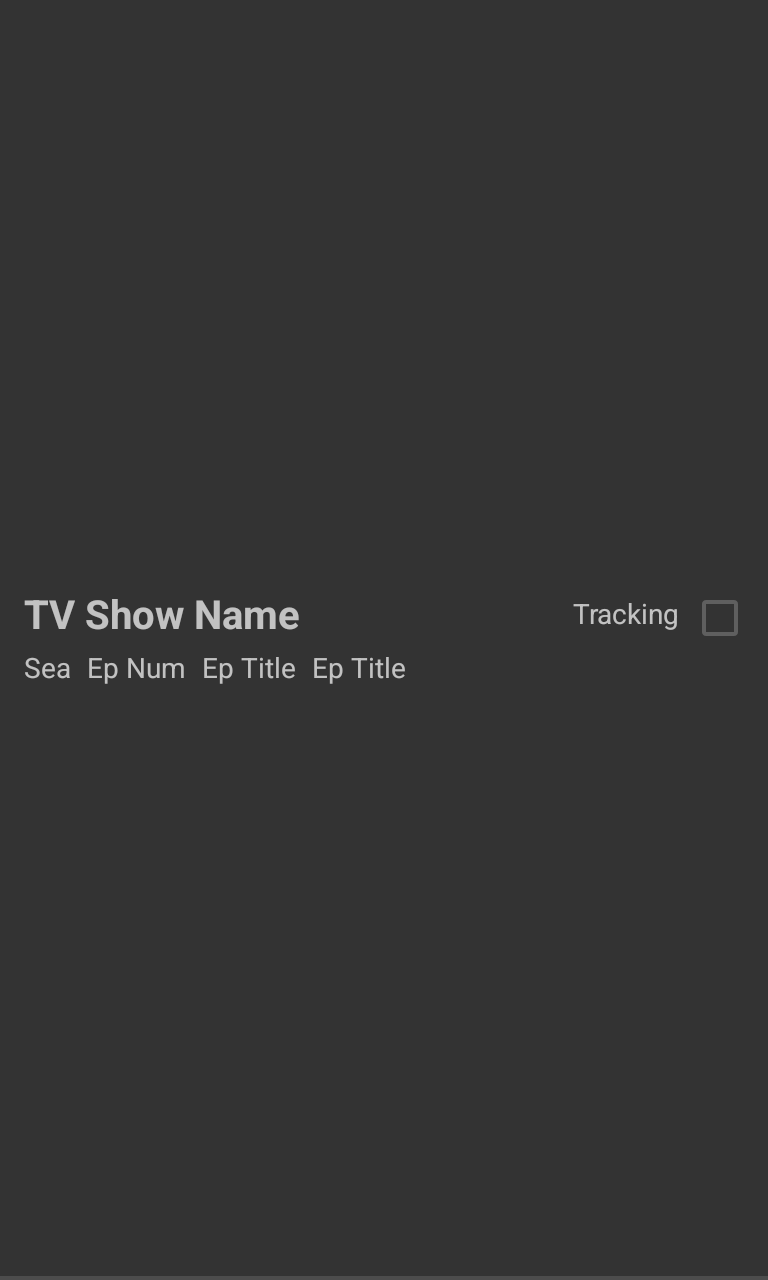
Repository: Jeedan/learning-android-apps
Layout: TvShowTracker/res/layout/list_item_tvshow.xml
An editor plug-in stored every save of this project. The layout is shown before and after the next save, followed by the edit.
It is drawn on a 768 x 1280 px phone screen (xhdpi) without system bars, with theme AppTheme; the app's code is not run. The app's manifest (not shown) leaves right-to-left support off. So textAlignment, textDirection and layoutDirection are ignored, and left and right values win over start and end ones.

Above is the layout before, as saved 2014-11-01 11:02:05.

After the next save:
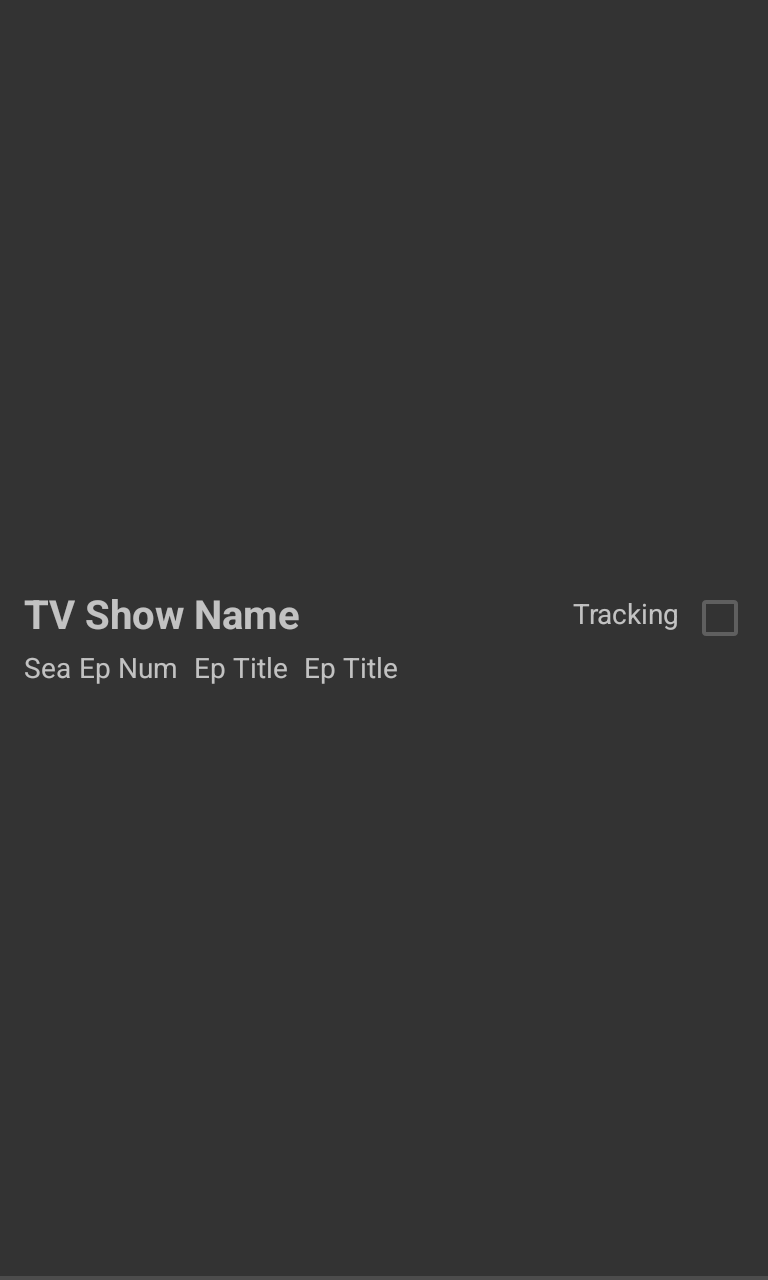
Saved 22 h 1 min later.
--- a/TvShowTracker/res/layout/list_item_tvshow.xml
+++ b/TvShowTracker/res/layout/list_item_tvshow.xml
@@ -42,7 +42,6 @@
         android:layout_height="wrap_content"
         android:layout_below="@id/tv_show_name_text_view"
         android:paddingLeft="4dp"
-        android:paddingRight="4dp"
         android:paddingTop="4dp"
         android:text="@string/tv_show_season" />
 
